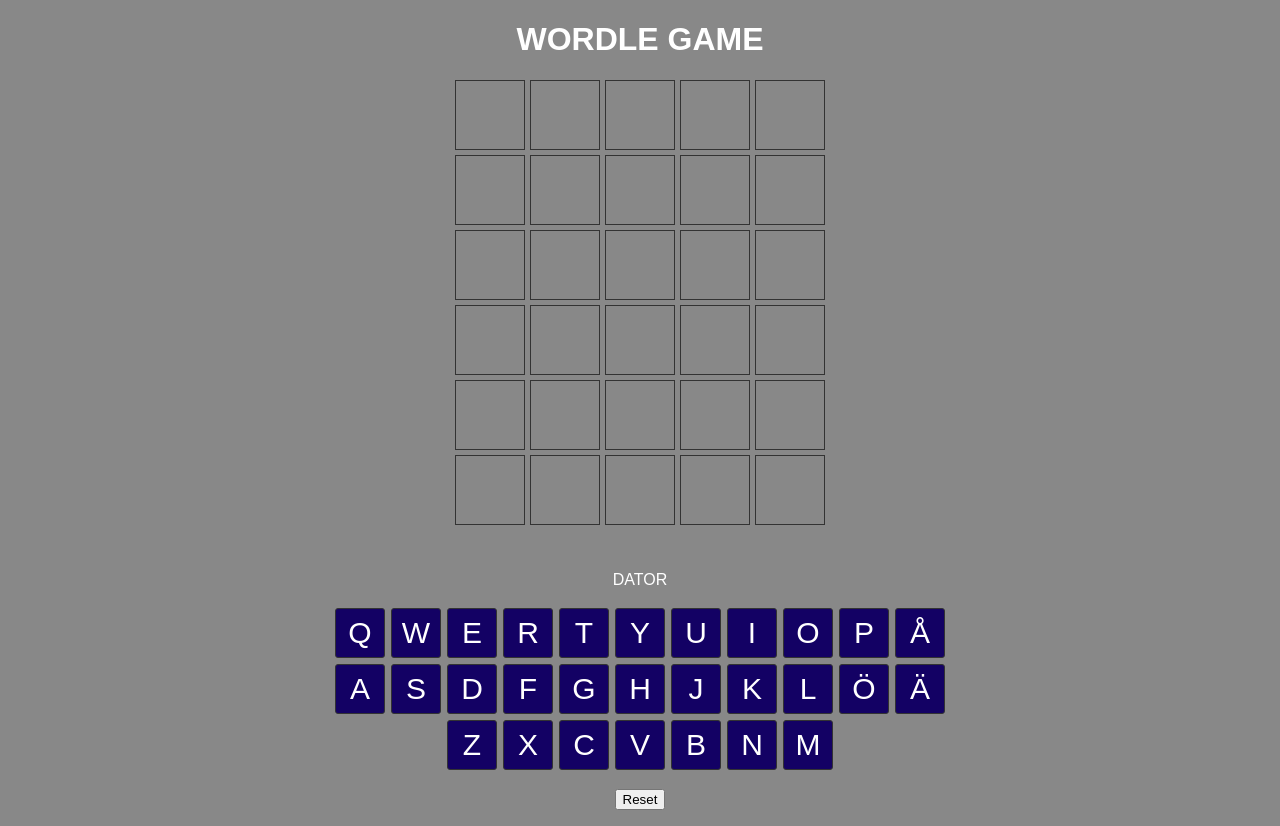
Repository: KarimIsaac/WorldeGame
Page: index.html
An editor plug-in stored every save of this project. The page is shown before and after the next save, followed by the edit.
The browser window is 1280 px wide. The pictures show the whole page.

Above is the page before, as saved 2022-03-13 07:24:49.

After the next save:
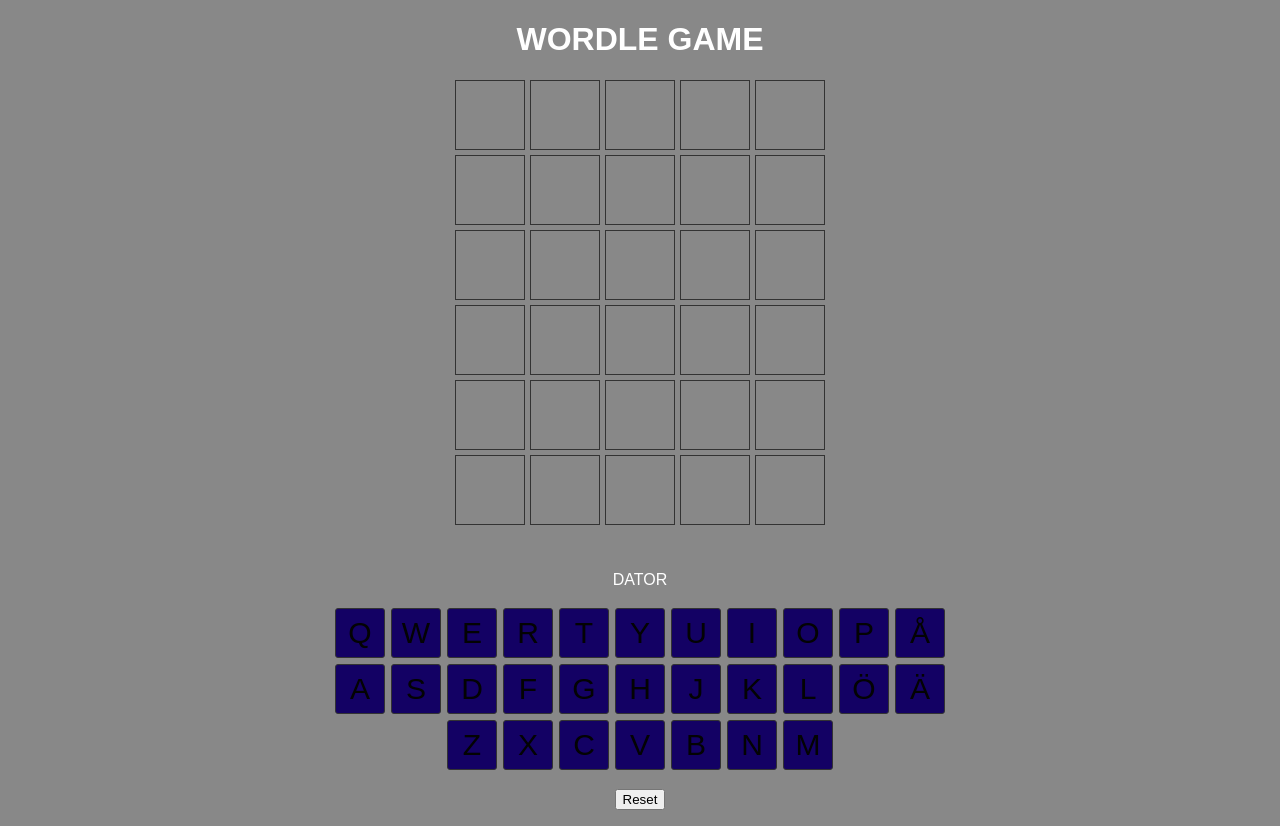
Saved 9 s later.
--- a/style.css
+++ b/style.css
@@ -27,7 +27,7 @@ body {
   appearance: none;
   border: 1px solid #333;
   background: rgb(19, 1, 100);
-  color: white;
+  color: rgb(3, 3, 3);
   font-size: 30px;
   display: inline-block;
   width: 50px;
